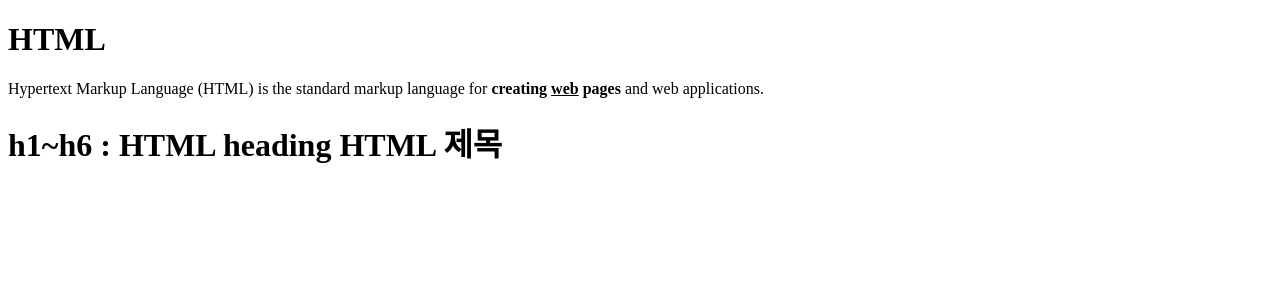
Repository: winterer4/Web-1
Page: HTML5/1.html
These files come from the project's save history. The page is drawn as it stood at one moment and after the next save; the edit follows.
The browser window is 1280 px wide. The pictures show the whole page.

Above is the page before, as saved 2018-10-25 06:22:20.

After the next save:
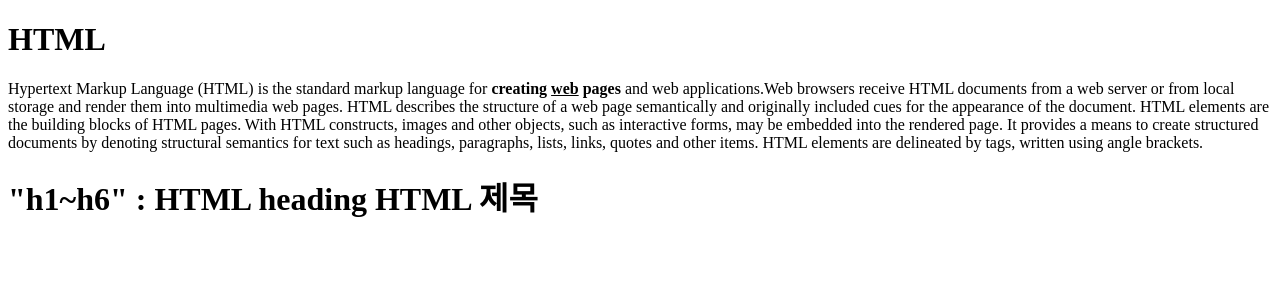
Saved 20 min 31 s later.
--- a/HTML5/1.html
+++ b/HTML5/1.html
@@ -6,9 +6,12 @@
 </head>
 <body>
 <h1>HTML</h1>
-Hypertext Markup Language (HTML) is the standard markup language for <strong>creating <u>web</u> pages</strong> and web applications.
+Hypertext Markup Language (HTML) is the standard markup language for <strong>creating <u>web</u> pages</strong> and web applications.Web browsers receive HTML documents from a web server or from local storage and render them into multimedia web pages. HTML describes the structure of a web page semantically and originally included cues for the appearance of the document.
+
+HTML elements are the building blocks of HTML pages. With HTML constructs, images and other objects, such as interactive forms, may be embedded into the rendered page. It provides a means to create structured documents by denoting structural semantics for text such as headings, paragraphs, lists, links, quotes and other items. HTML elements are delineated by tags, written using angle brackets.
+
 </body>
 
-<h1>h1~h6 : HTML heading HTML 제목 </h1>
+<h1>"h1~h6" : HTML heading HTML 제목 </h1>
 
 </html>
